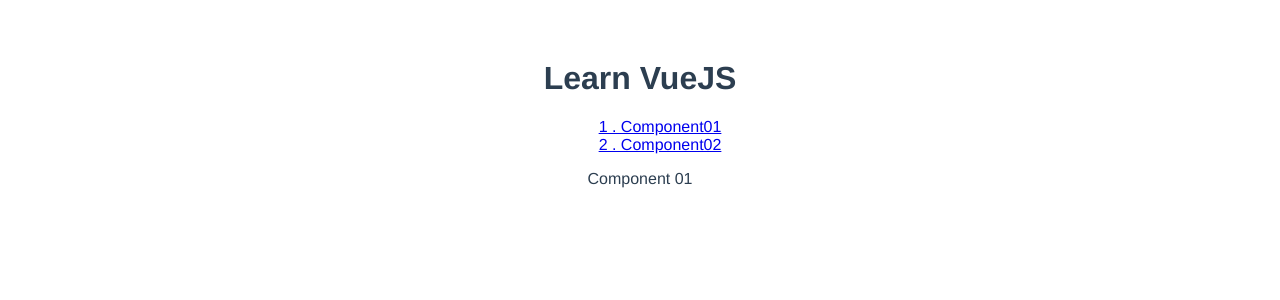
Repository: SWE-VueJS/vue-todo
Page: /#/Component01
The author's editor kept a copy of each file at every save. The page is drawn from the files as they stood at one save, then again after the next save.
The browser window is 1280 px wide. The pictures show the whole page.
The project was rebuilt for these pictures with package versions that can differ from the ones it lists, and the page was loaded fresh each time. Also part of the build but not shown: src/components/Component02.vue.

Above is the page before, as saved 2018-11-01 09:21:46.

### index.html
<!DOCTYPE html>
<html>
  <head>
    <meta charset="utf-8">
    <meta name="viewport" content="width=device-width,initial-scale=1.0">
    <title>vue-learn</title>
  </head>
  <body>
    <div id="app"></div>
    <!-- built files will be auto injected -->
  </body>
</html>

### src/App.vue
<template>
  <div id="app">
    <h1>{{title}}</h1>
    <div class="list-cpn">
      <ul class="list">
        <li class="item" v-for="(item, index) in listComponents" :key="index">
          <router-link :to="{path: item.link }">{{index + 1}} . {{item.name}}</router-link>
        </li>
      </ul>
    </div>
    <router-view/>
  </div>
</template>

<script>
import cpn01 from '@/components/Component01'
import cpn02 from '@/components/Component02'
export default {
  components: {cpn01, cpn02},
  name: 'App',
  data: function(){
    return {
      title: 'Learn VueJS',
      listComponents: [
        {name: 'Component01', link: 'Component01'},
        {name: 'Component02', link: 'Component02'}
      ]
    }
  }
}
</script>

<style>
#app {
  font-family: 'Avenir', Helvetica, Arial, sans-serif;
  -webkit-font-smoothing: antialiased;
  -moz-osx-font-smoothing: grayscale;
  text-align: center;
  color: #2c3e50;
  margin-top: 60px;
}
.flexbox{
  display: flex;
}
.list{
  list-style: none;
}
</style>

### src/router/index.js
import Vue from 'vue'
import Router from 'vue-router'
import Component01 from '@/components/Component01'
import Component02 from '@/components/Component02'

Vue.use(Router)

export default new Router({
  routes: [
    {
      path: '/Component01',
      name: 'cpn01',
      component: Component01
    },
    {
      path: '/Component02',
      name: 'cpn02',
      component: Component02
    }
  ]
})

### src/components/Component01.vue
<template>
  <div class="wraper">
      <p>{{test}}</p>
  </div>
</template>
<script>
    export default{
        name: 'cpn01',
        data: function(){
            return {
                test: 'Component 01'
            }
        }
    }
</script>
<style scoped>

</style>

Loaded but not shown: src/main.js (common file)

After the next save:
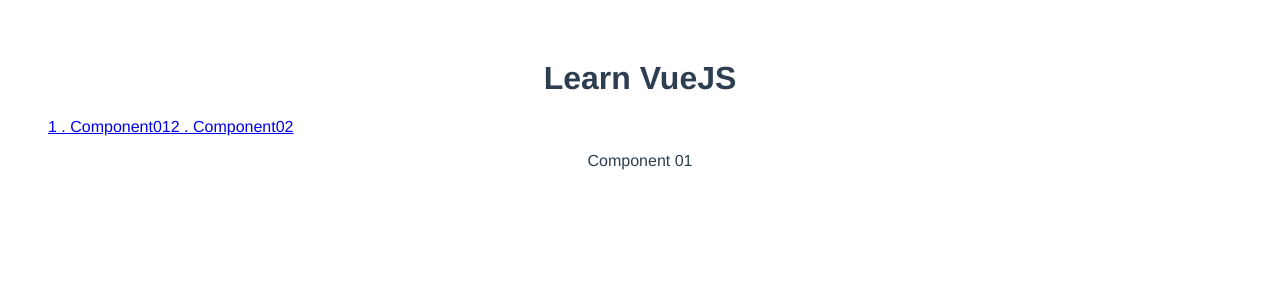
Saved 34 s later.
--- a/src/App.vue
+++ b/src/App.vue
@@ -2,7 +2,7 @@
   <div id="app">
     <h1>{{title}}</h1>
     <div class="list-cpn">
-      <ul class="list">
+      <ul class="list flexbox justify-content-center">
         <li class="item" v-for="(item, index) in listComponents" :key="index">
           <router-link :to="{path: item.link }">{{index + 1}} . {{item.name}}</router-link>
         </li>
